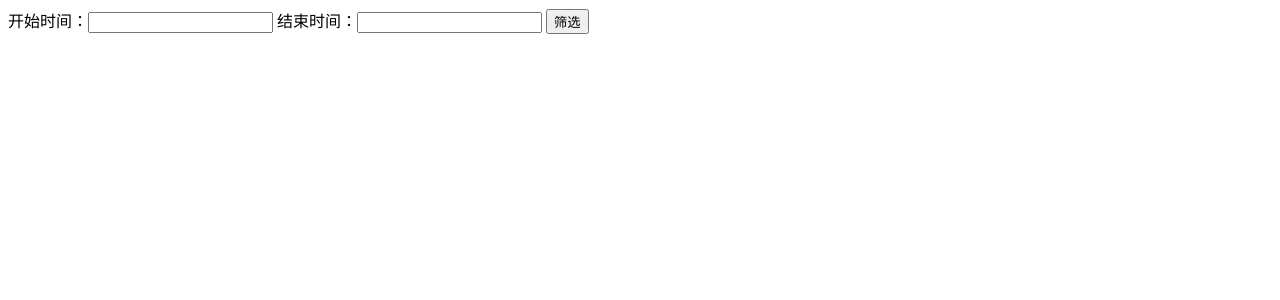
Repository: ruanhuabin/IntelliEyeShade
Page: http://localhost/IntelliEyeShade/statistics/statistics_filter.jsp
These files come from the project's save history. The page is drawn as it stood at one moment and after the next save; the edit follows.
The browser window is 1280 px wide. The pictures show the whole page.
The page is served by Tomcat 9. Nobody is signed in. The application's start-up code is not run.

Above is the page before, as saved 2016-11-22 02:44:57.

After the next save:
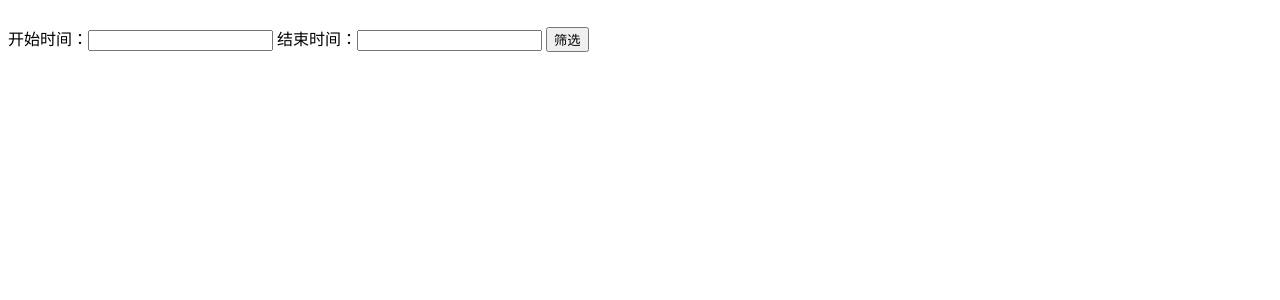
Saved 45 s later.
--- a/IntelliEyeShade/WebRoot/statistics/statistics_filter.jsp
+++ b/IntelliEyeShade/WebRoot/statistics/statistics_filter.jsp
@@ -75,6 +75,8 @@ function getSelectFilter(sel)
 
 
 <script type="text/javascript" src="../js/Calendar3.js"></script>
+<div style="width:40px; display:inline-block;">
+</div>
 <form name="filter" action="<%=path%>/statistics/Statistics_query.action" method="post">
 开始时间：<input name="starttime" type="text" id="control_date" size="20"
       maxlength="10" onclick="new Calendar().show(this);" readonly="readonly" />
